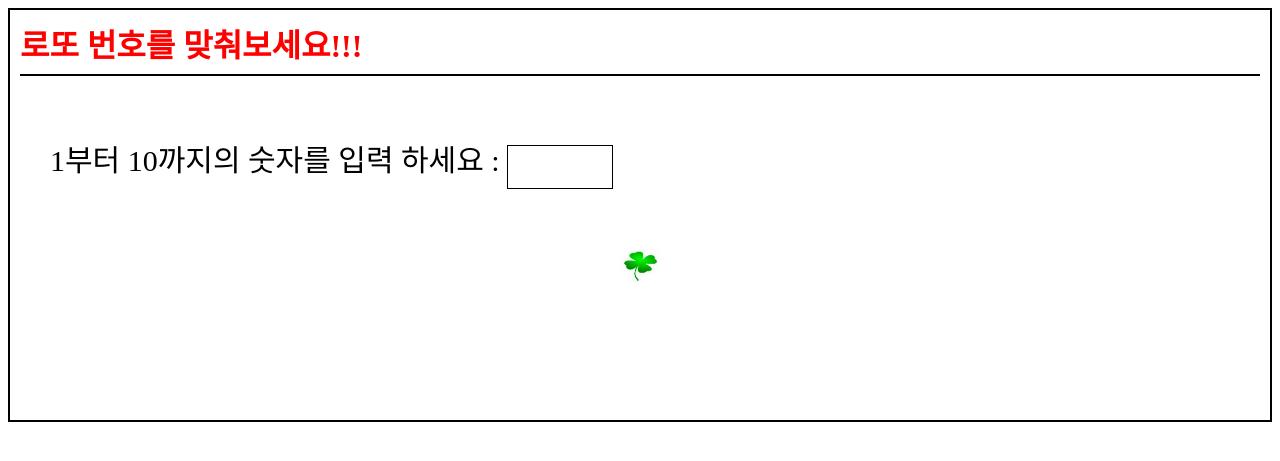
Repository: kdg0109/multicampus_course
Page: web course/workspace_web/edu/WebContent/htmlexam/images/lotto.html
The author's editor kept a copy of each file at every save. The page is drawn from the files as they stood at one save, then again after the next save.
The browser window is 1280 px wide. The pictures show the whole page.

Above is the page before, as saved 2018-02-02 08:17:38.

### web course/workspace_web/edu/WebContent/htmlexam/images/lotto.html
<!DOCTYPE html>
<html>
<head>
<meta charset="UTF-8">
<title>lotto</title>
<style>
	body {
		border: 2px solid black;
		padding : 10px;
	}
	hr {
		border: 1px solid black;
	}

	#nameid {
		border: 1px solid black;
		height: 40px;
		width: 100px;
	}
	h1 {
		color : red;
		margin: 0px;
		padding: 0px;
	}
	form {
		margin: 0px;
		font-size: 30px;
	}
	#imageid {
		margin: 0px;
		width : 40px;

	}
	p {
		padding: 30px;
	}

</style>
</head>
<body>
	<h1>로또 번호를 맞춰보세요!!!</h1>
	<hr>
	<form method="get" action="#">
	<p>
		1부터 10까지의 숫자를 입력 하세요 : <input type="text" name = "name" id = "nameid" required>
     <center><input type="image" id = "imageid" src= "images/happy.JPG"></center>
     </p>
	</form>
</body>
</html>

After the next save:
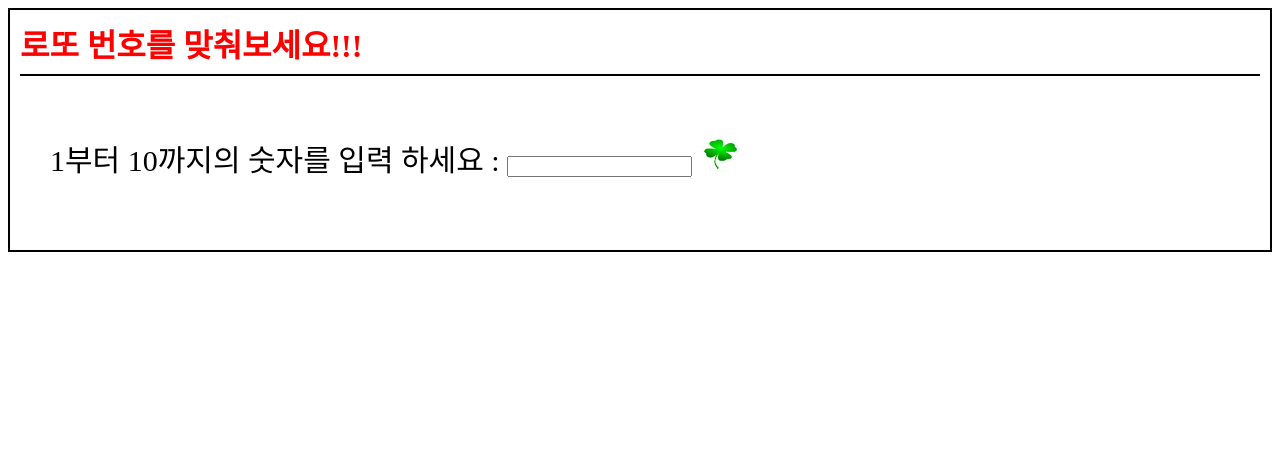
Saved 24 s later.
--- a/web course/workspace_web/edu/WebContent/htmlexam/images/lotto.html
+++ b/web course/workspace_web/edu/WebContent/htmlexam/images/lotto.html
@@ -12,11 +12,11 @@
 		border: 1px solid black;
 	}
 
-	#nameid {
+	/* #nameid {
 		border: 1px solid black;
 		height: 40px;
 		width: 100px;
-	}
+	} */
 	h1 {
 		color : red;
 		margin: 0px;
@@ -43,7 +43,7 @@
 	<form method="get" action="#">
 	<p>
 		1부터 10까지의 숫자를 입력 하세요 : <input type="text" name = "name" id = "nameid" required>
-     <center><input type="image" id = "imageid" src= "images/happy.JPG"></center>
+     </center><input type="image" id = "imageid" src= "images/happy.JPG">
      </p>
 	</form>
 </body>
